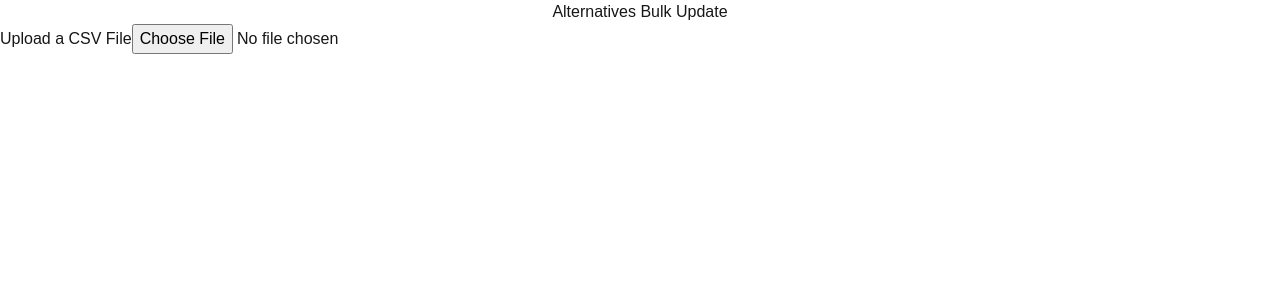
Repository: Ganesh-General-Traffic/Alternatives
Page: / (app in alternatives-bulk/)
These files come from the project's save history. The page is drawn as it stood at one moment and after the next save; the edit follows.
The browser window is 1280 px wide. The pictures show the whole page.
The project was rebuilt for these pictures with package versions that can differ from the ones it lists, and the page was loaded fresh each time. The framework's server and built-in components were replaced by stand-ins that run in the browser. Also part of the build but not shown: alternatives-bulk/next.config.ts.

Above is the page before, as saved 2024-12-09 10:56:35.

### alternatives-bulk/app/page.tsx
export default function Home() {
  return (
    <>
      <p className="w-full text-center">Alternatives Bulk Update</p>
      <label htmlFor="csvFile">Upload a CSV File</label>
      <input type="file" name="csvFile" id="csvFile" />
    </>
  );
}

Loaded but not shown: alternatives-bulk/app/layout.tsx (common file); alternatives-bulk/app/globals.css (common file); alternatives-bulk/tailwind.config.ts (common file)

After the next save:
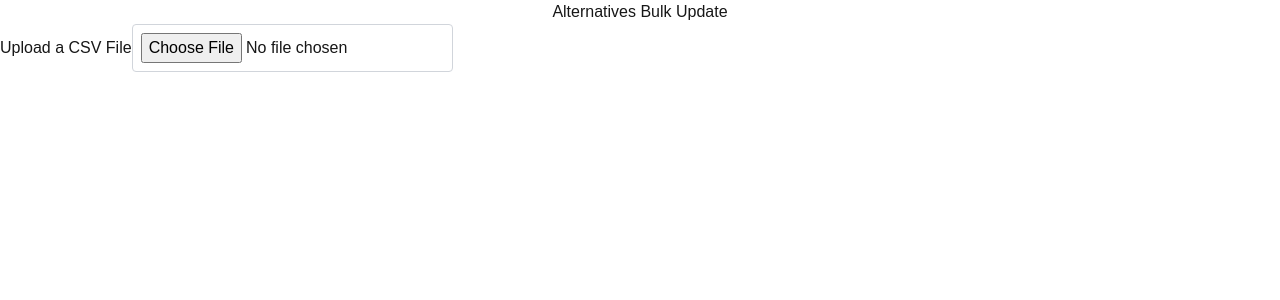
Saved 34 s later.
--- a/alternatives-bulk/app/page.tsx
+++ b/alternatives-bulk/app/page.tsx
@@ -3,7 +3,13 @@ export default function Home() {
     <>
       <p className="w-full text-center">Alternatives Bulk Update</p>
       <label htmlFor="csvFile">Upload a CSV File</label>
-      <input type="file" name="csvFile" id="csvFile" />
+      <input
+        type="file"
+        name="csvFile"
+        id="csvFile"
+        accept=".csv"
+        className="border border-gray-300 rounded p-2"
+      />
     </>
   );
 }
